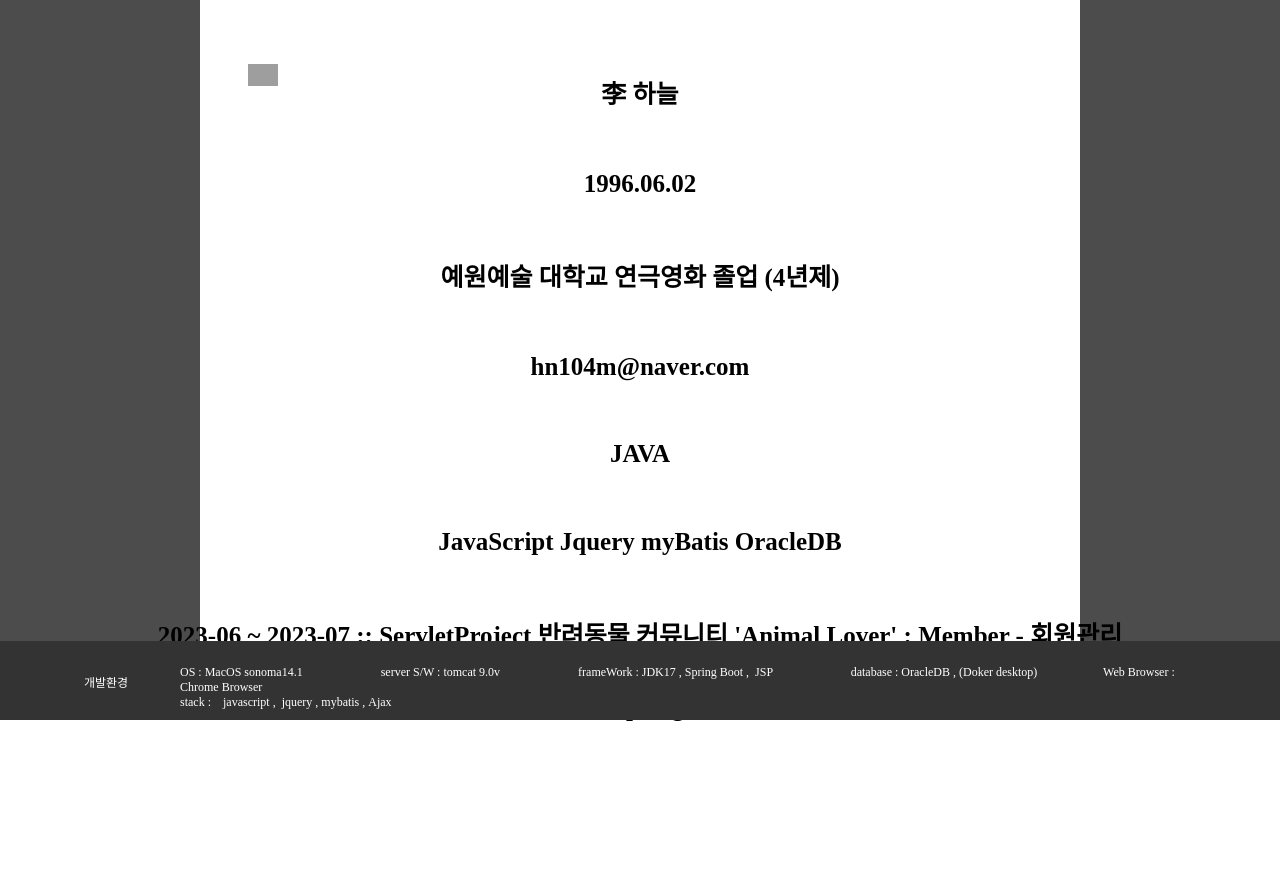
Repository: LeeHaNeul96/Leehaneul
Page: http://localhost/com.introduce/WEB-INF/views/more.jsp
These files come from the project's save history. The page is drawn as it stood at one moment and after the next save; the edit follows.
The browser window is 1280 px wide. The pictures show the whole page.
Pictures or frames that could not be fetched are drawn as grey boxes. The page is served by Tomcat 9. Nobody is signed in. The template is opened directly, without the code that normally fills it, so the values that code supplies are empty.

Above is the page before, as saved 2023-10-31 09:30:44.

After the next save:
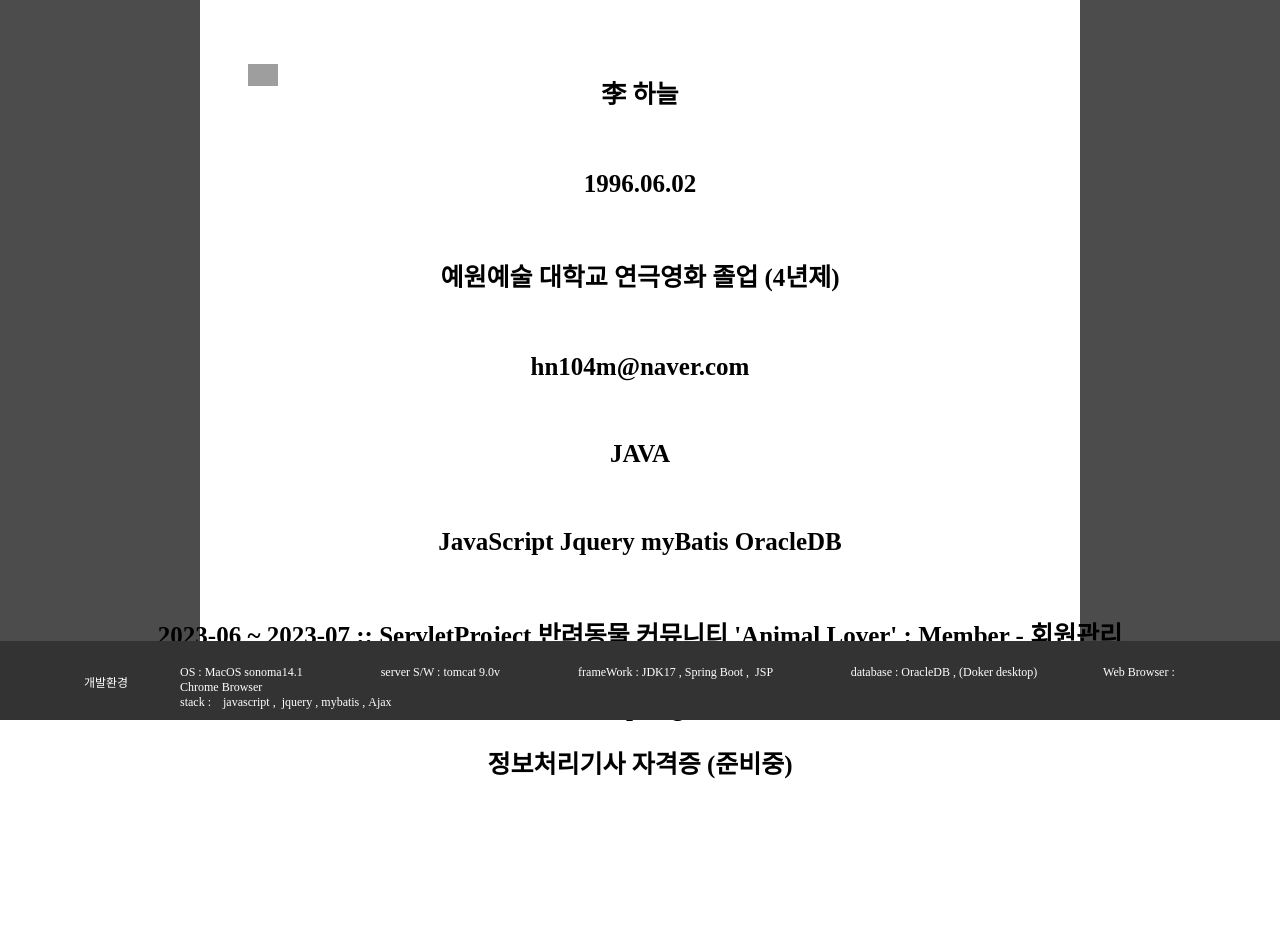
Saved 20 s later.
--- a/com.introduce/src/main/webapp/WEB-INF/views/more.jsp
+++ b/com.introduce/src/main/webapp/WEB-INF/views/more.jsp
@@ -108,7 +108,7 @@ $(function() {
 2023-08 ~ 2023-09 :: SpringProject 종합 신발 쇼핑몰 'Shoepin' : WishList,Cart - 장바구니<br>
 2023-09 AWS기반 Spring 백엔드 개발 수료
 </h2>
-<h2></h2>
+<h2>정보처리기사 자격증 (준비중)</h2>
 
 </div>
 
